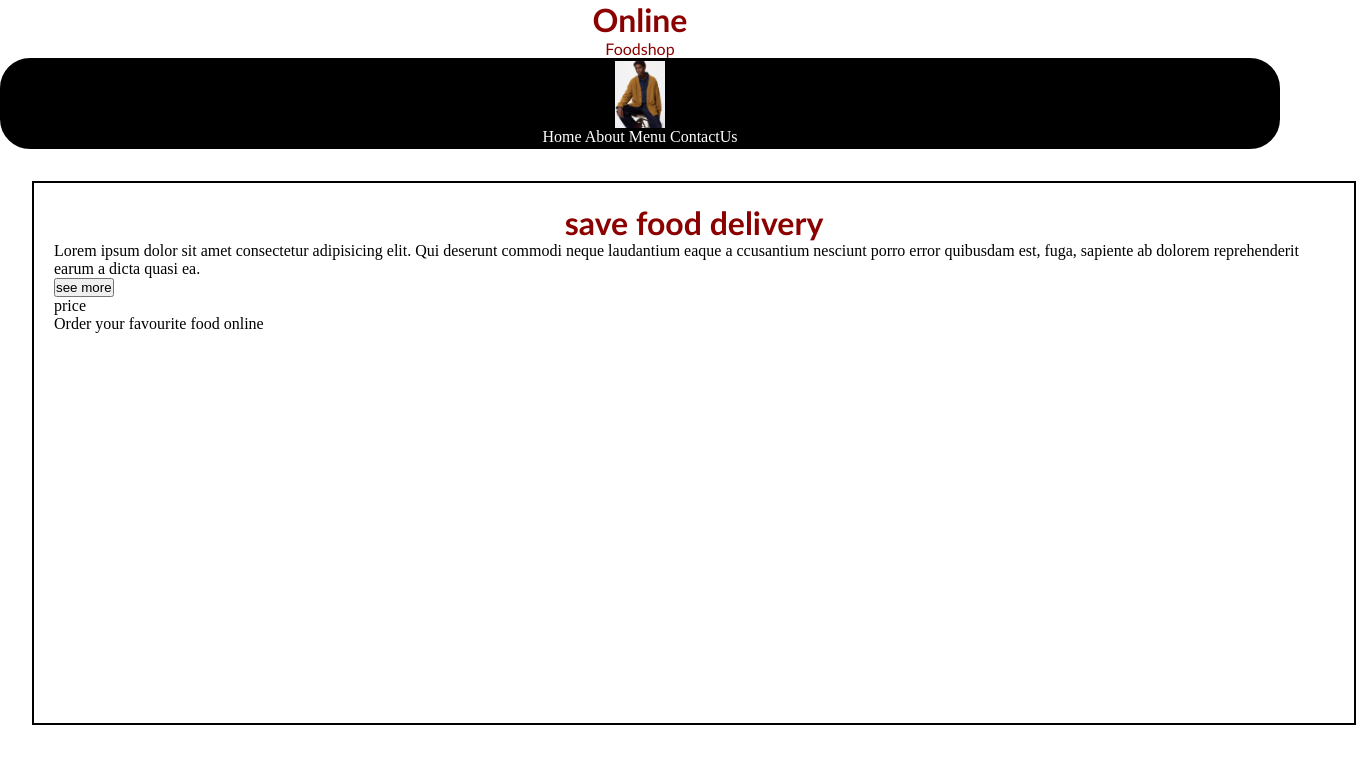
Repository: sristigupta04/basic-js-project
Page: online foood app.cpp/on.html
The author's editor kept a copy of each file at every save. The page is drawn from the files as they stood at one save, then again after the next save.
The browser window is 1280 px wide. The page is 1356 px wide, then 1324 px, so the pictures cover 1356 px, including what lies to the right of the window. The pictures show the whole page.

Above is the page before, as saved 2025-11-15 23:13:10.

### online foood app.cpp/on.html
<!DOCTYPE html>
<html lang="en">
<head>
    <meta charset="UTF-8">
    <meta name="viewport" content="width=device-width, initial-scale=1.0">
    <title>ONLINE FOOD Shop</title>
    <link rel="stylesheet" href="on.css"/>
</head>
<body>
    <h1>Online</h1>
    <span>Foodshop</span>
<div class="navi">
    <img src="wollen.webp"/>
    <div class="work">
<a href="#">Home</a>
<a href="#">About</a>
<a href="#">Menu</a>
<a href="#">ContactUs</a></div></div>
       <div class="main">
        <h1>save food delivery</h1>
        <div class="protfolio">
            <p>Lorem ipsum  dolor sit amet consectetur adipisicing elit.
                Qui deserunt commodi neque laudantium eaque a
               ccusantium nesciunt porro error quibusdam est, fuga,
                sapiente ab dolorem reprehenderit earum a dicta
                 quasi ea.</p>
                 <button>see more</button>
            <div class="one"> price</div>
            <div class="tow"> Order your favourite food online</div>
        </div>


</div>
</body>
</html>

### online foood app.cpp/on.css
*{
    padding: 0;
    margin: 0;
}

img{
    background-size: cover;
    width: 50px;
}
h1{
    font: 300;
    font-family: 'Gill Sans', 'Gill Sans MT', Calibri, 'Trebuchet MS', sans-serif;
    display: flex;
    align-items: center;
    justify-content: center;
    color: darkred;
}
span{
font: 300;
    font-family: 'Gill Sans', 'Gill Sans MT', Calibri, 'Trebuchet MS', sans-serif;
    display: flex;
    align-items: center;
    justify-content: center;
    color: darkred;
}

.navi{
    border: 3px solid black;
    display: flex;
    justify-content: center;
    align-items: center;
    flex-direction: column;
    background-color: black;
    border-radius: 30px;
}

.work a{
    text-decoration: none;
    color: white;
    gap:10px;
}
.main{
    margin: 2rem;
    padding: 20px;
    border:2px solid black;
    width:100%;
    height: 500px;
    ;
}

After the next save:
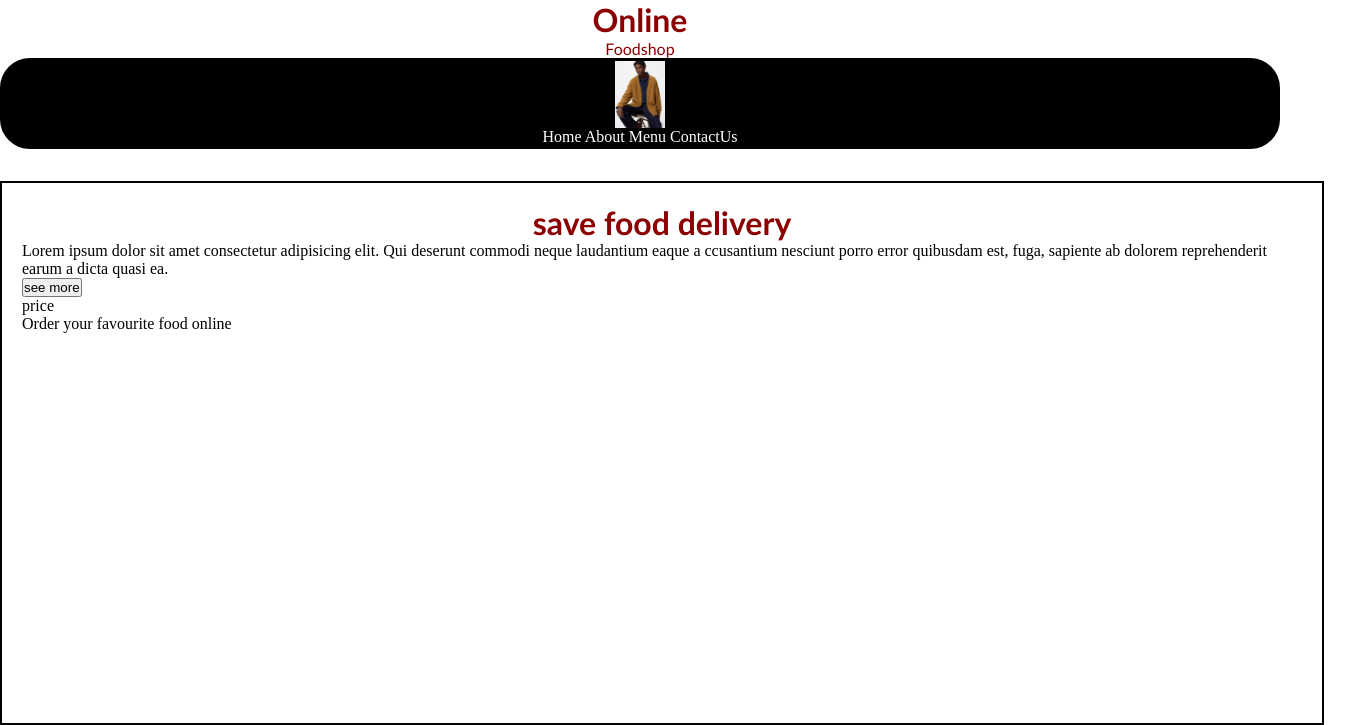
Saved 22 s later.
--- a/online foood app.cpp/on.css
+++ b/online foood app.cpp/on.css
@@ -40,7 +40,7 @@ font: 300;
     gap:10px;
 }
 .main{
-    margin: 2rem;
+    margin-top: 2rem;
     padding: 20px;
     border:2px solid black;
     width:100%;
